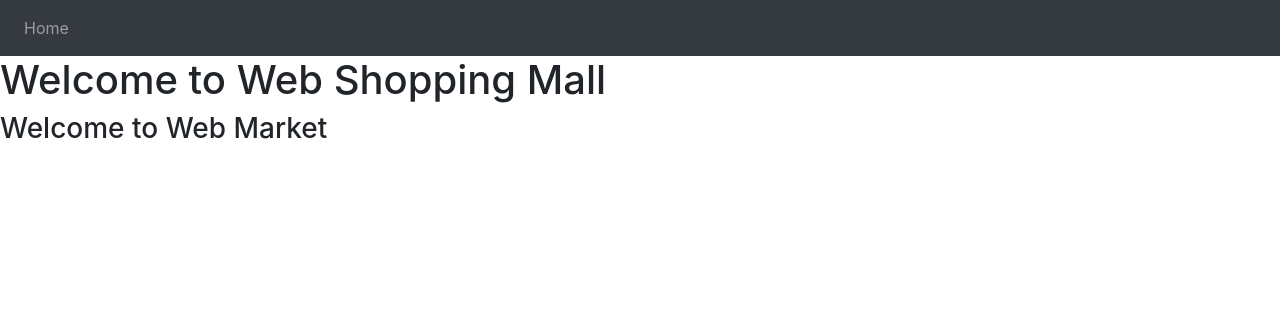
Repository: Jin0207/jsp
Page: http://localhost/day1210/welcome.jsp
These files come from the project's save history. The page is drawn as it stood at one moment and after the next save; the edit follows.
The browser window is 1280 px wide. The pictures show the whole page.
The page is served by Tomcat 9.

Above is the page before, as saved 2021-12-10 07:37:38.

After the next save:
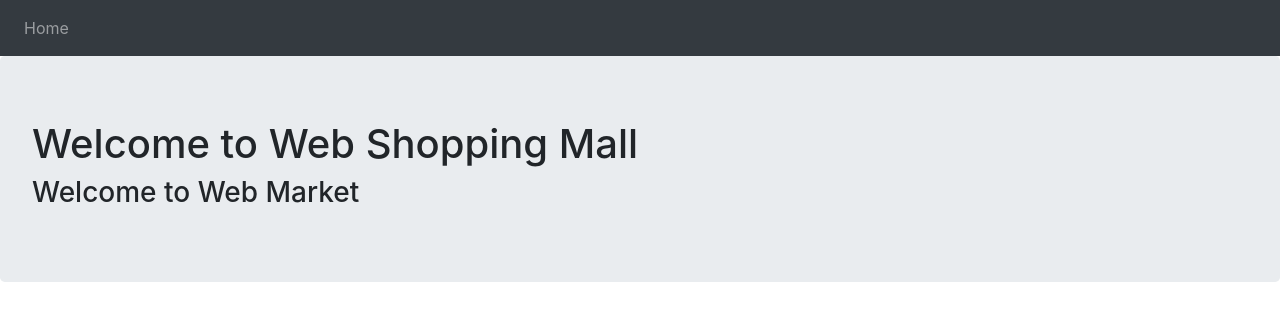
Saved 3 min 51 s later.
--- a/day1210/src/main/webapp/welcome.jsp
+++ b/day1210/src/main/webapp/welcome.jsp
@@ -23,7 +23,10 @@
 		String greeting = "Welcome to Web Shopping Mall";
 		String tagline = "Welcome to Web Market";
 	%>
-	<h1><%=greeting %></h1>
-	<h3><%=tagline %></h3>
+	<div class="jumbotron">
+		<h1><%=greeting %></h1>
+		<h3><%=tagline %></h3>
+
+	</div>
 </body>
 </html>
